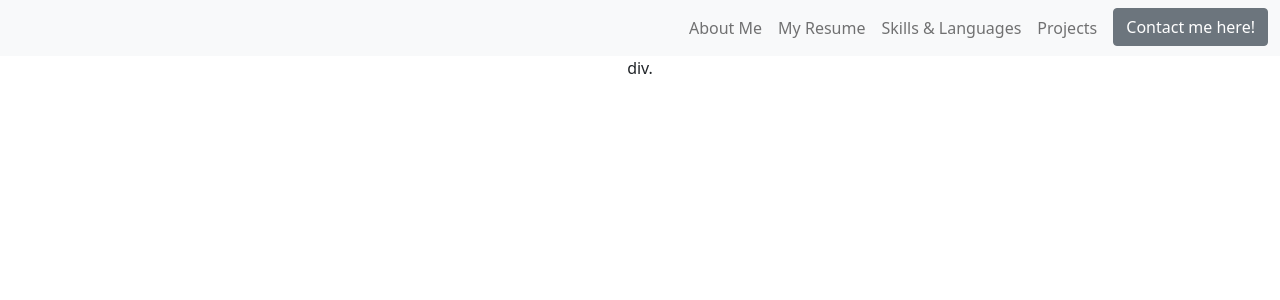
Repository: rihebtlh/portfolio
Page: new.html
An editor plug-in stored every save of this project. The page is shown before and after a run of saves, followed by the edit.
The browser window is 1280 px wide. The pictures show the whole page.

Above is the page before, as saved 2025-07-01 16:53:30.

### new.html
<!DOCTYPE html>
<html lang="en">
<head>
  <meta charset="UTF-8" />
  <meta name="viewport" content="width=device-width, initial-scale=1.0" />
  <link href="https://cdn.jsdelivr.net/npm/bootstrap@5.0.2/dist/css/bootstrap.min.css" rel="stylesheet" integrity="sha384-EVSTQN3/azprG1Anm3QDgpJLIm9Nao0Yz1ztcQTwFspd3yD65VohhpuuCOmLASjC" crossorigin="anonymous">
  <script src="https://cdn.jsdelivr.net/npm/bootstrap@5.0.2/dist/js/bootstrap.bundle.min.js" integrity="sha384-MrcW6ZMFYlzcLA8Nl+NtUVF0sA7MsXsP1UyJoMp4YLEuNSfAP+JcXn/tWtIaxVXM" crossorigin="anonymous"></script>
  <title>Riheb Talhi Portfolio</title>
</head>
<body>

  <!-- Navbar -->
  <nav class="navbar navbar-expand-md navbar-light bg-light">
    <div class="container-xxl">
      <!--<a class="navbar-brand fw-bold" href="#">Riheb</a>-->
      <!-- Toggle button for mobile -->
      <button
        class="navbar-toggler" type="button" data-bs-toggle="collapse" data-bs-target="#main-nav"
        aria-controls="main-nav" aria-expanded="false" aria-label="Toggle navigation">
        <span class="navbar-toggler-icon"></span>
      </button>

      <!-- Collapsible content -->
      <div class="collapse navbar-collapse justify-content-end align-items-center" id="main-nav">
        <ul class="navbar-nav">
          <li class="nav-item">
            <a class="nav-link" href="#about">About Me</a>
          </li>
          <li class="nav-item">
            <a class="nav-link" href="#resume">My Resume</a>
          </li>
          <li class="nav-item">
            <a class="nav-link" href="#skills">Skills & Languages</a>
          </li>
          <li class="nav-item">
            <a class="nav-link" href="#projects">Projects</a>
          </li>
          <li class="nav-item ms-2 d-none d-md-inline">
            <a class="btn btn-secondary" href="#contact">Contact me here!</a>
          </li>
        </ul>
      </div>
    </div>
  </nav>
  <section class="head">
    <div class="container-lg">
        <div class="row justify-content-center align-items-center">
            div.
        </div>
    </div>
  </section>
  <!-- Bootstrap JS -->
  <script
    src="https://cdn.jsdelivr.net/npm/bootstrap@5.0.2/dist/js/bootstrap.bundle.min.js"
    integrity="sha384-MrcW6ZMFYlzcLA8Nl+NtUVF0sA7MsXsP1UyJoMp4YLEuNSfAP+JcXn/tWtIaxVXM"
    crossorigin="anonymous"
  ></script>

  <script>
    const tooltips = document.querySelectorAll('.tt');
    tooltips.forEach(t => {
      new bootstrap.Tooltip(t);
    });
  </script>
</body>
</html>

After the next 5 saves:
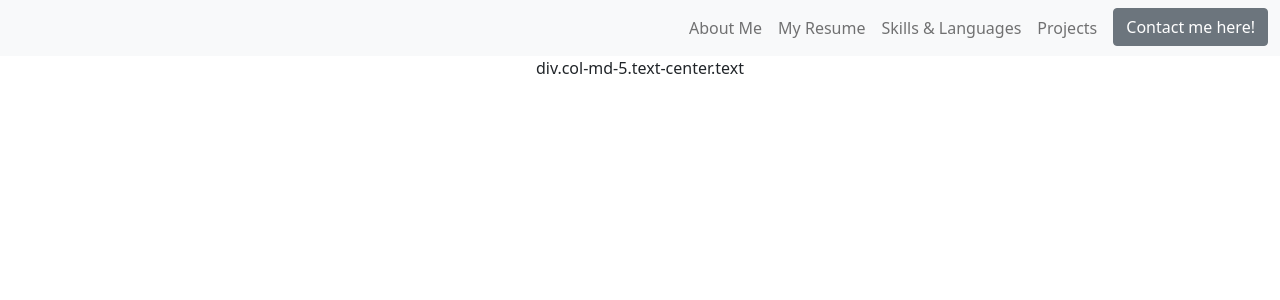
The 5 saves are shown as one change because they came seconds apart.
The last was saved 16 s later.
--- a/new.html
+++ b/new.html
@@ -45,7 +45,7 @@
   <section class="head">
     <div class="container-lg">
         <div class="row justify-content-center align-items-center">
-            div.
+            div.col-md-5.text-center.text
         </div>
     </div>
   </section>
